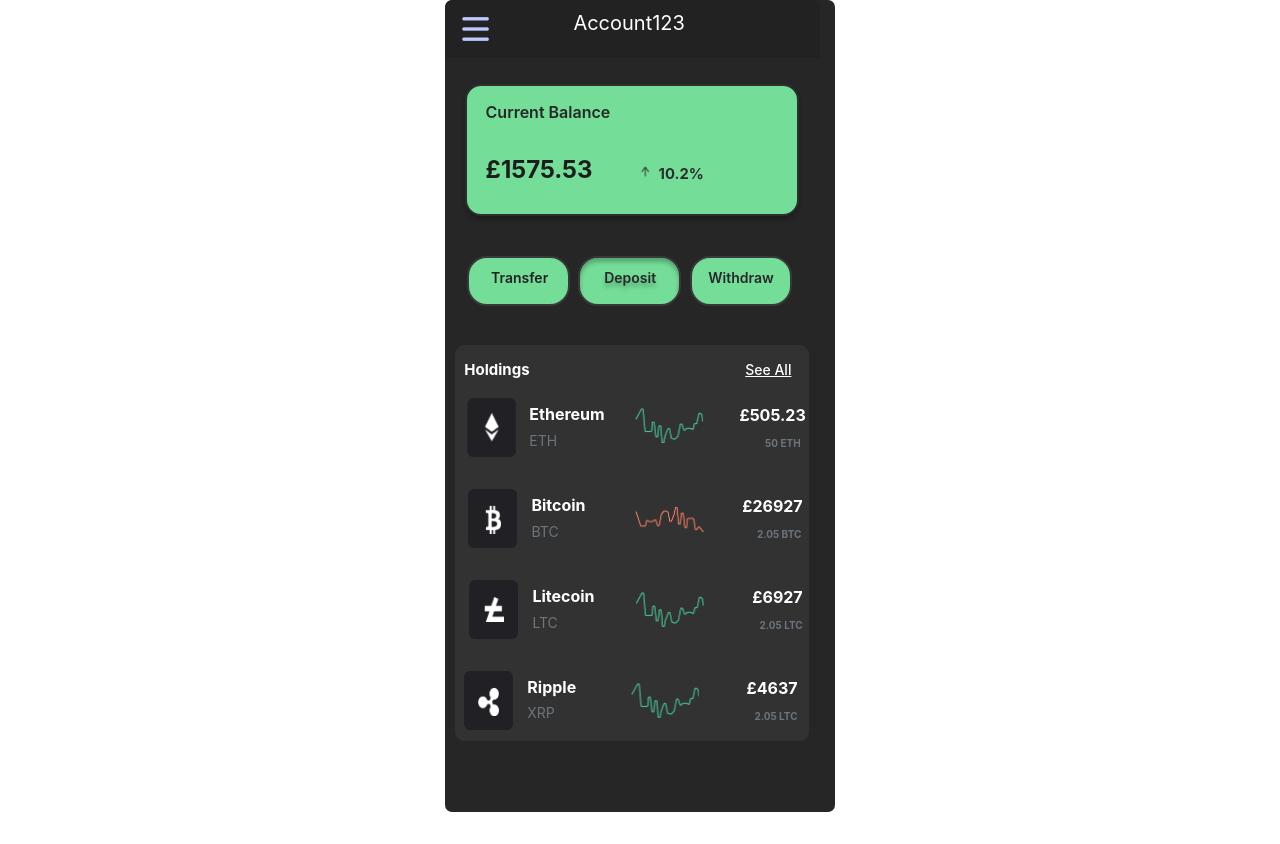
Repository: krishbains/CryptoWallet
Page: /
These files come from the project's save history. The page is drawn as it stood at one moment and after the next save; the edit follows.
The browser window is 1280 px wide. The pictures show the whole page.
The project was rebuilt for these pictures with package versions that can differ from the ones it lists, and the page was loaded fresh each time. Also part of the build but not shown: src/components/startingpage/startingpage.jsx.

Above is the page before, as saved 2024-03-28 15:43:20.

After the next save:
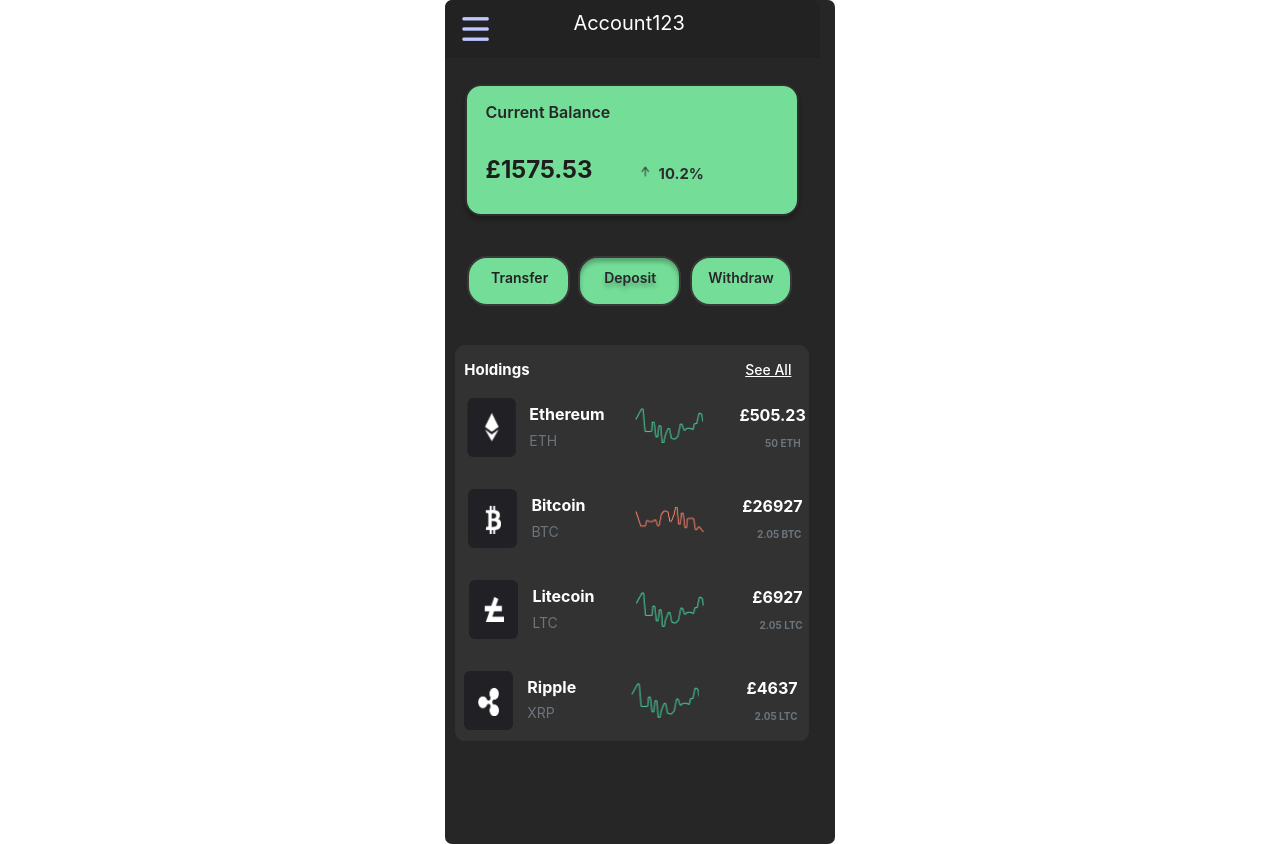
Saved 34 s later.
--- a/src/components/basepage/basepage.css
+++ b/src/components/basepage/basepage.css
@@ -30,7 +30,7 @@ button {
 .main-frame-background {
   position: relative;
   width: 390px;
-  height: 812px;
+  height: 844px;
   margin: 0 0 0 0;
   background: #262626;
   z-index: 1;
